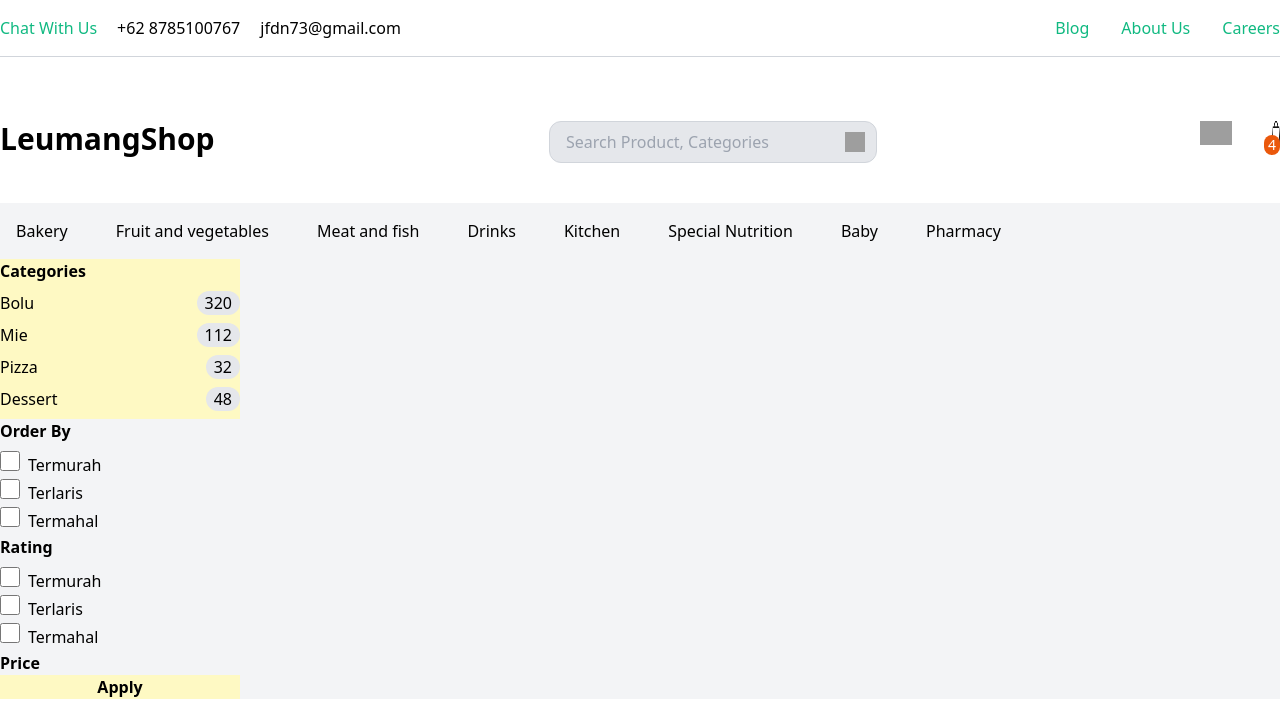
Repository: jafetdn73/ecommerce-tailwind
Page: /
An editor plug-in stored every save of this project. The page is shown before and after the next save, followed by the edit.
The browser window is 1280 px wide. The pictures show the whole page.
Pictures or frames that could not be fetched are drawn as grey boxes. The project was rebuilt for these pictures with package versions that can differ from the ones it lists, and the page was loaded fresh each time. Also part of the build but not shown: src/App.css.

Above is the page before, as saved 2022-03-14 00:01:04.

After the next save:
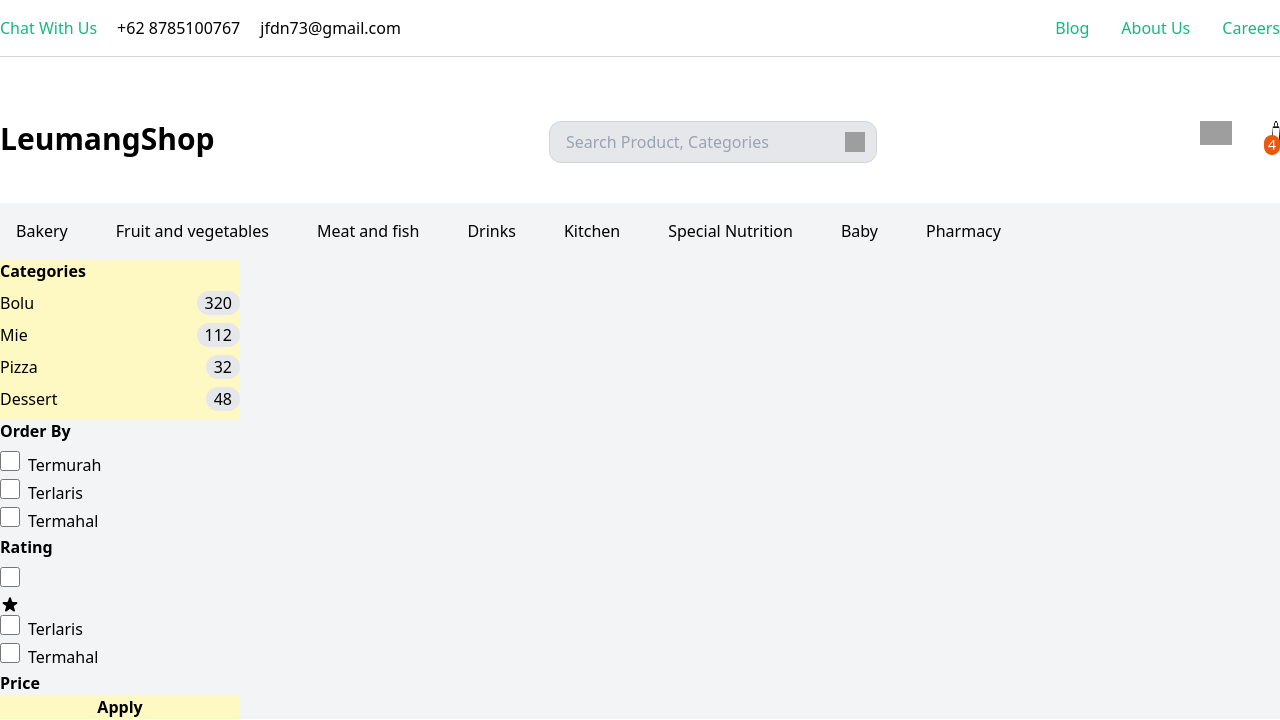
Saved 88 s later.
--- a/src/App.js
+++ b/src/App.js
@@ -97,7 +97,9 @@ function App() {
            <div>
              <input type="checkbox" className="accent-lime-700 w-5 h-5 mr-2 mb-2">
                </input>
-               <span>Termurah</span>
+               <span><svg xmlns="http://www.w3.org/2000/svg" className="h-5 w-5" viewBox="0 0 20 20" fill="currentColor">
+  <path d="M9.049 2.927c.3-.921 1.603-.921 1.902 0l1.07 3.292a1 1 0 00.95.69h3.462c.969 0 1.371 1.24.588 1.81l-2.8 2.034a1 1 0 00-.364 1.118l1.07 3.292c.3.921-.755 1.688-1.54 1.118l-2.8-2.034a1 1 0 00-1.175 0l-2.8 2.034c-.784.57-1.838-.197-1.539-1.118l1.07-3.292a1 1 0 00-.364-1.118L2.98 8.72c-.783-.57-.38-1.81.588-1.81h3.461a1 1 0 00.951-.69l1.07-3.292z" />
+</svg></span>
           </div>
           <div>
             <input type="checkbox"  className="accent-lime-700 w-5 h-5 mr-2 mb-2"></input>
